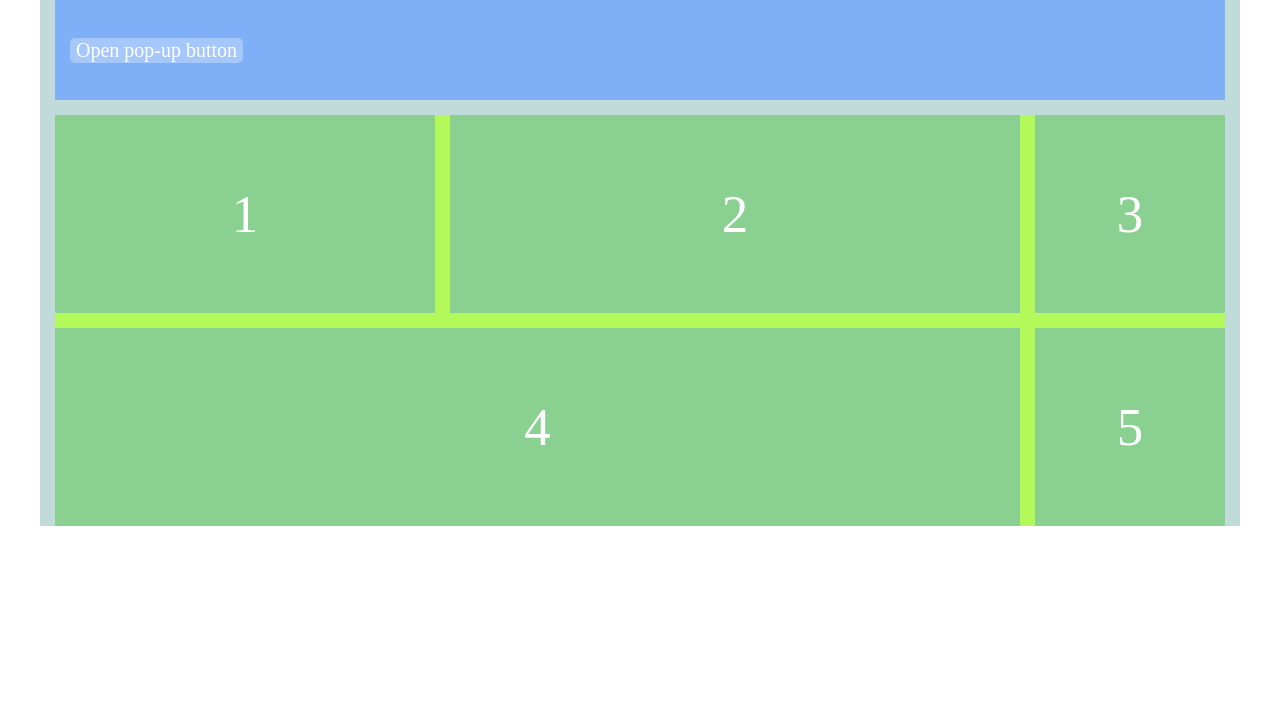
Repository: Evgenius190999999/nodasoft
Page: index.html
An editor plug-in stored every save of this project. The page is shown before and after the next save, followed by the edit.
The browser window is 1280 px wide. The pictures show the whole page.
Some web libraries are served in a nearby version. The style sheet was rebuilt from its Sass, Less or Tailwind sources for each picture, by a compiler version that may differ from the author's.

Above is the page before, as saved 2022-07-08 15:07:40.

After the next save:
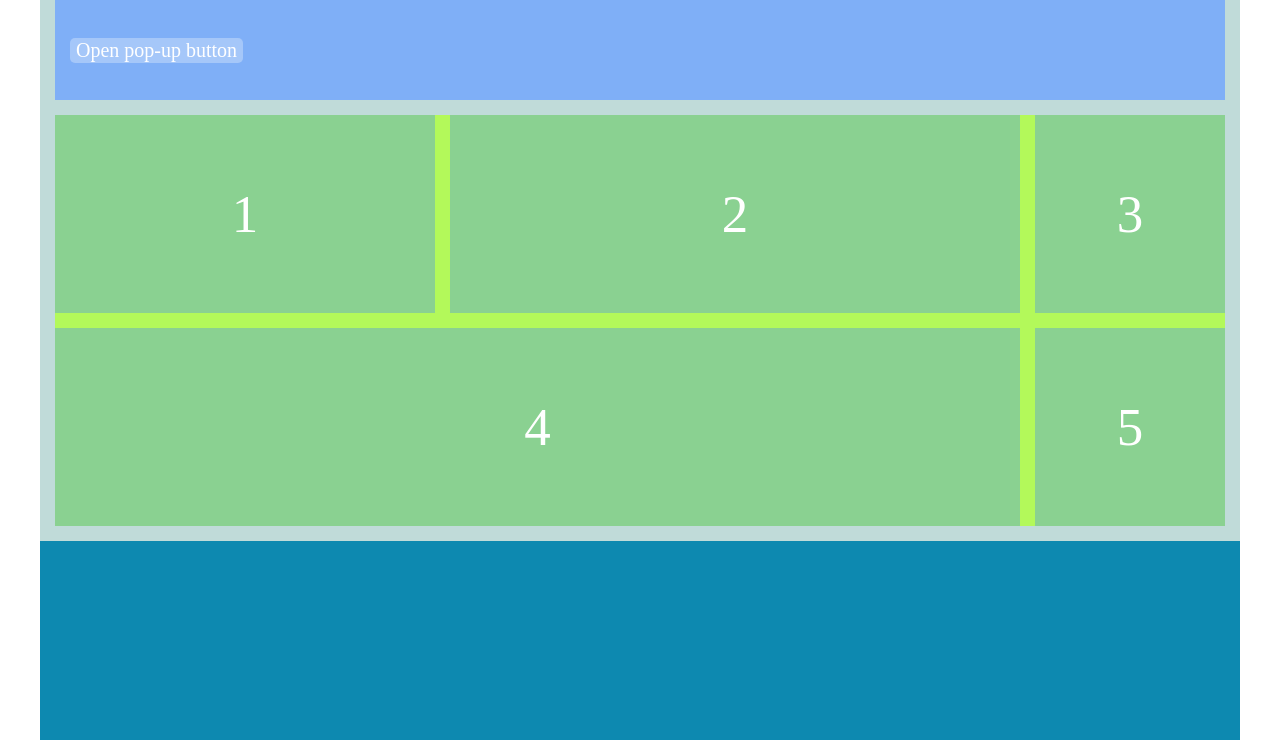
Saved 25 s later.
--- a/style/sass/style.sass
+++ b/style/sass/style.sass
@@ -56,7 +56,7 @@
 .div__5
     grid-area: 2 / 3 / 3 / 4
 
-.parent
+.second__block
     display: grid
     grid-template-columns: repeat(4, 1fr)
     grid-template-rows: 1fr
